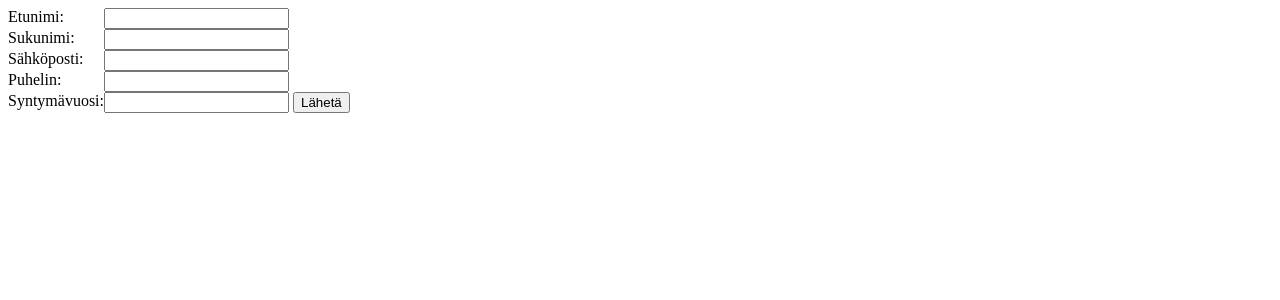
Repository: NellaPih/Asiakkaat
Page: http://localhost/Lomake/kysy.jsp
The author's editor kept a copy of each file at every save. The page is drawn from the files as they stood at one save, then again after the next save.
The browser window is 1280 px wide. The pictures show the whole page.
The page is served by Tomcat 9.

Above is the page before, as saved 2020-04-17 12:33:59.

### Lomake/WebContent/kysy.jsp
<%@ page language="java" contentType="text/html; charset=ISO-8859-1"
    pageEncoding="ISO-8859-1"%>
<!DOCTYPE html>
<html>
<head>
<meta charset="ISO-8859-1">
<title>Insert title here</title>
</head>
<style type="text/css">
    label {
	   display: block;
	   width: 6em;
	   float: left;
    }
</style>
<body>
<form action="nayta.jsp" method="POST">
	<label>Etunimi:</label>
	<input type="text" name="etunimi"><br>
	<label>Sukunimi:</label>
	<input type="text" name="sukunimi"><br>
	<label>Sähköposti:</label>
	<input type="text" name="sposti"><br>
	<label>Puhelin:</label>
	<input type="text" name="puhelin"><br>
	<label>Syntymävuosi:</label>
	<input type="text" name="vuosi">
	<input type="submit" value="Lähetä">
</form>
</body>
</html>

After the next save:
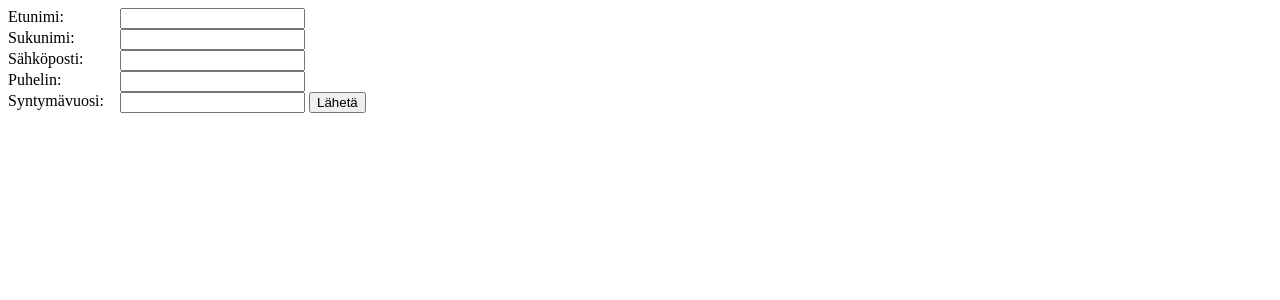
Saved 19 s later.
--- a/Lomake/WebContent/kysy.jsp
+++ b/Lomake/WebContent/kysy.jsp
@@ -9,7 +9,7 @@
 <style type="text/css">
     label {
 	   display: block;
-	   width: 6em;
+	   width: 7em;
 	   float: left;
     }
 </style>
